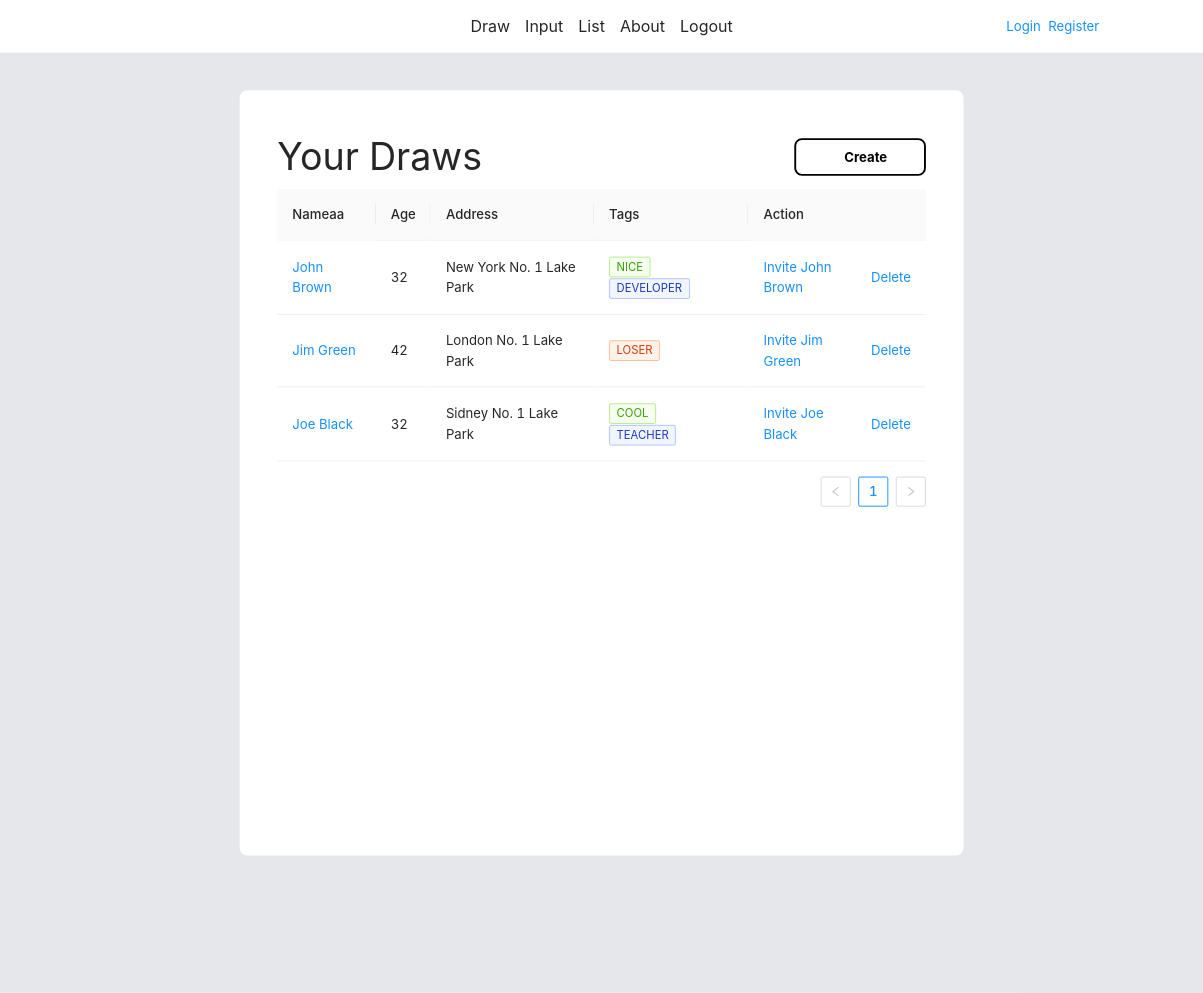
Repository: truongnguyenuit/DrawApp
Page: /draw/list (app in client/)
The author's editor kept a copy of each file at every save. The page is drawn from the files as they stood at one save, then again after a run of saves.
The browser window is 1280 px wide. The pictures show the whole page, at 94% of full size.
The page's requests for data from a server got no answer. The project was rebuilt for these pictures with package versions that can differ from the ones it lists, and the page was loaded fresh each time. The framework's server and built-in components were replaced by stand-ins that run in the browser. No one was signed in, and anything a server would have sent is missing. Also part of the build but not shown: client/next.config.js.

Above is the page before, as saved 2022-08-20 18:48:11.

After the next 2 saves:
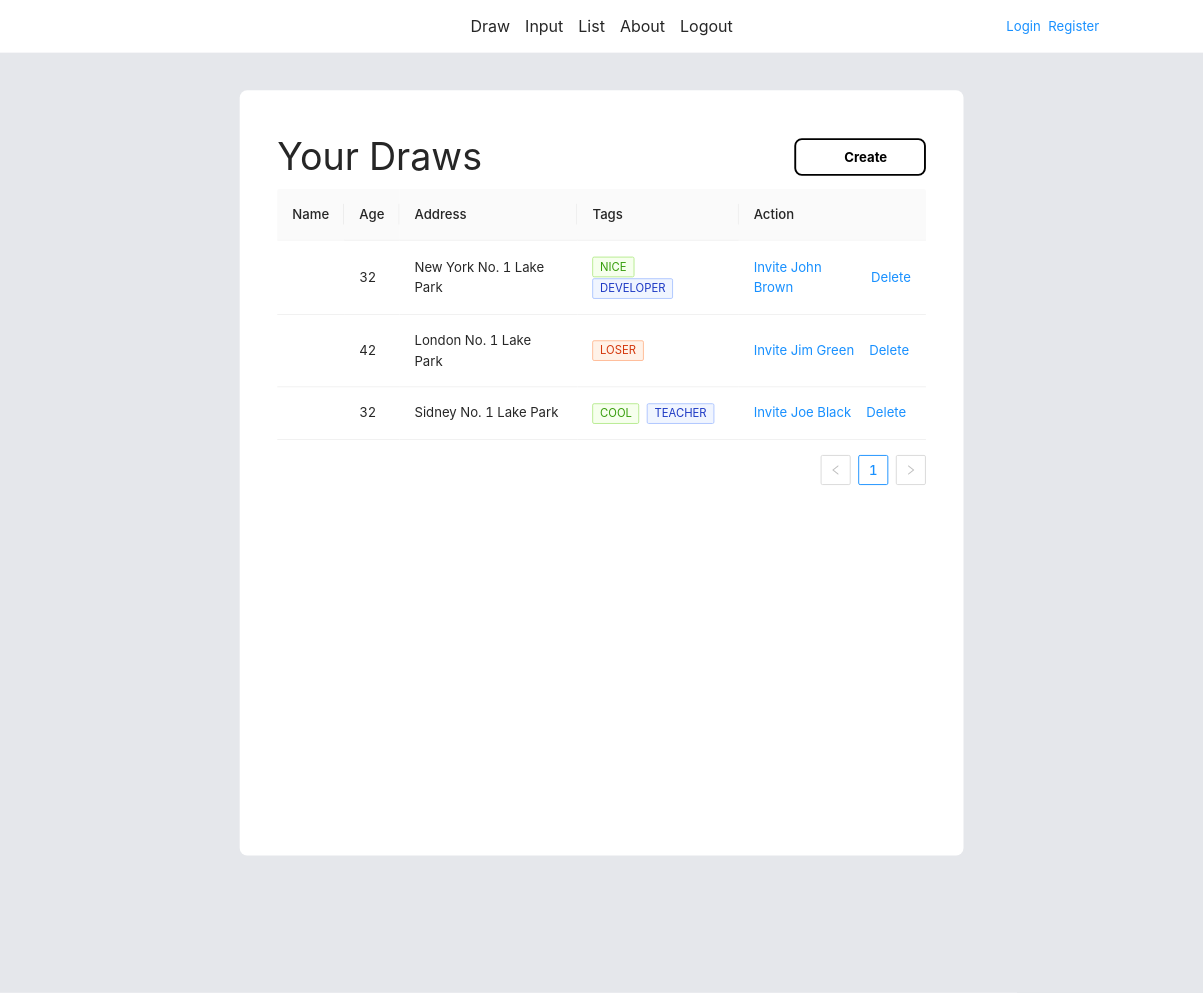
The 2 saves are shown as one change because they came seconds apart.
The last was saved 7 s later.
--- a/client/pages/draw/list.js
+++ b/client/pages/draw/list.js
@@ -3,8 +3,8 @@ import { Table, Tag, Space } from "antd"
 
 const columns = [
   {
-    title: 'Nameaa',
-    dataIndex: 'name',
+    title: 'Name',
+    dataIndex: 'nameaa',
     key: 'name',
     render: (text) => <a>{text}</a>,
   },
